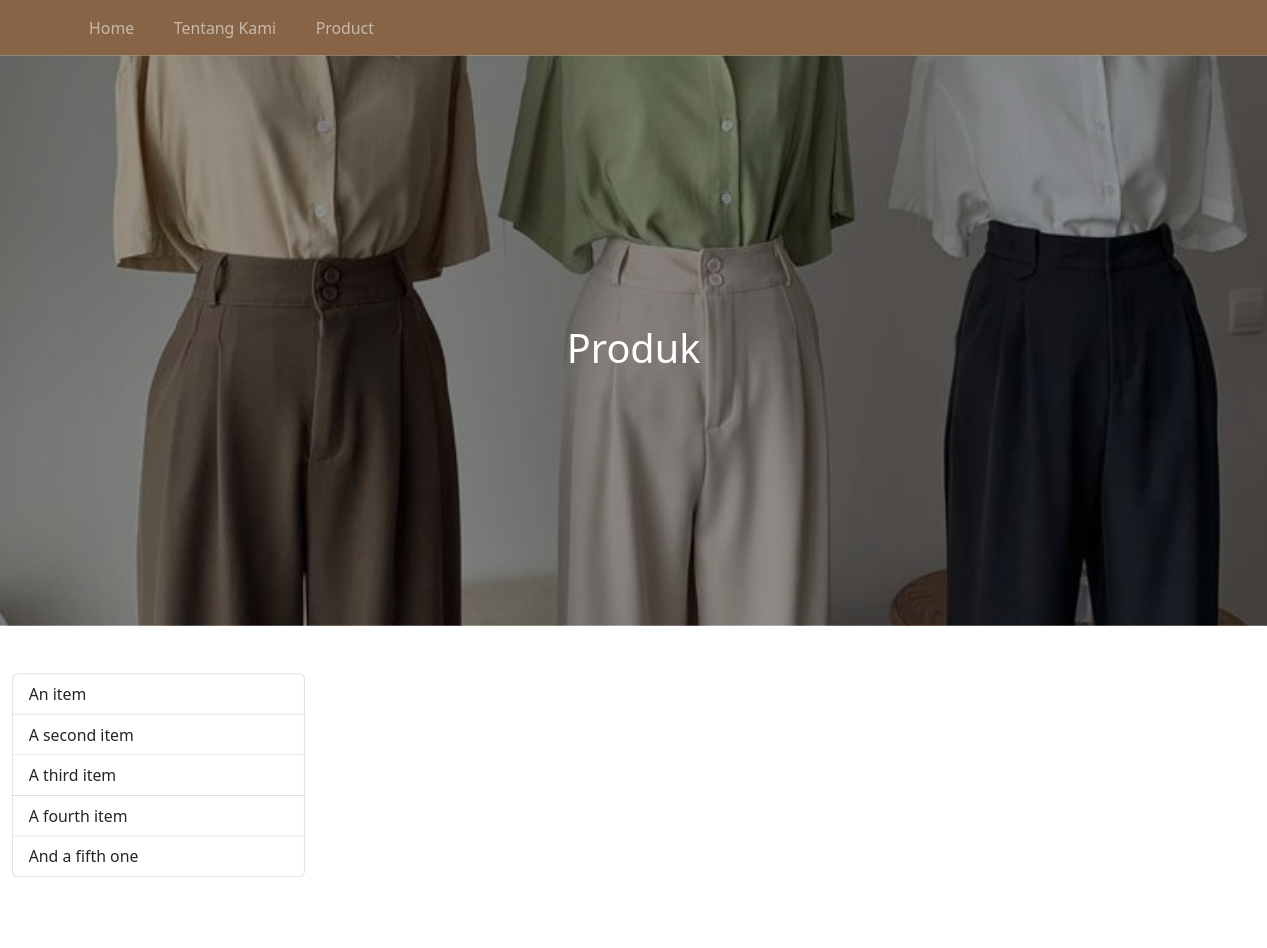
Repository: herman165/tugas_uas
Page: http://localhost/produk.php
These files come from the project's save history. The page is drawn as it stood at one moment and after the next save; the edit follows.
The browser window is 1280 px wide. The pictures show the whole page, at 99% of full size.
The page is run by PHP 8.4 with error messages shown; the project is at /var/www/html/.

Above is the page before, as saved 2024-12-11 03:20:21.

After the next save:
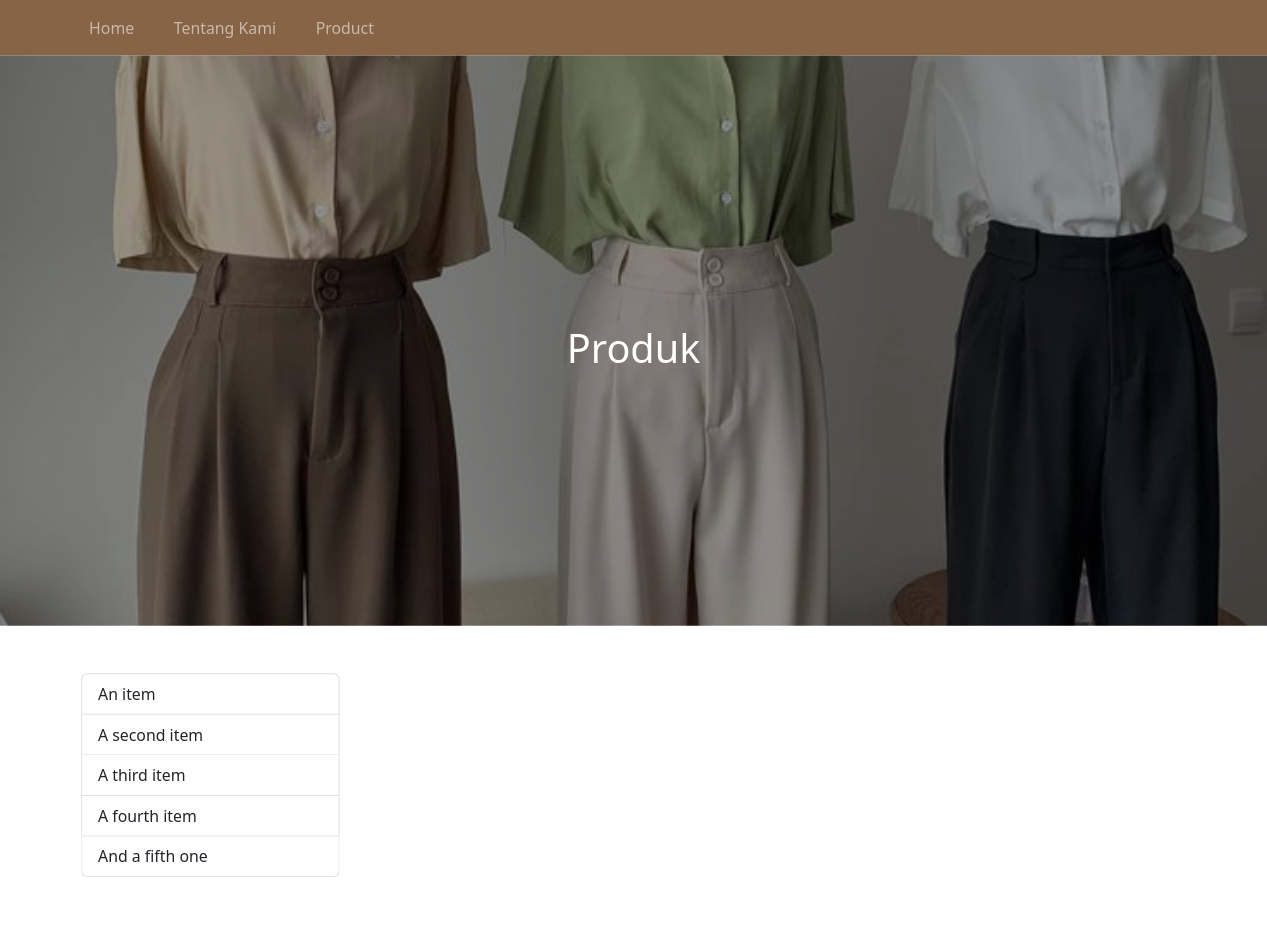
Saved 5 s later.
--- a/produk.php
+++ b/produk.php
@@ -21,7 +21,7 @@
      </div>
 
     <!-- layout produk -->
-        <div class="container-fluid content-produk py-5">
+        <div class="container py-5">
             <div class="row">
                 <div class="col-md-3 mb-4">
                     <ul class="list-group">
